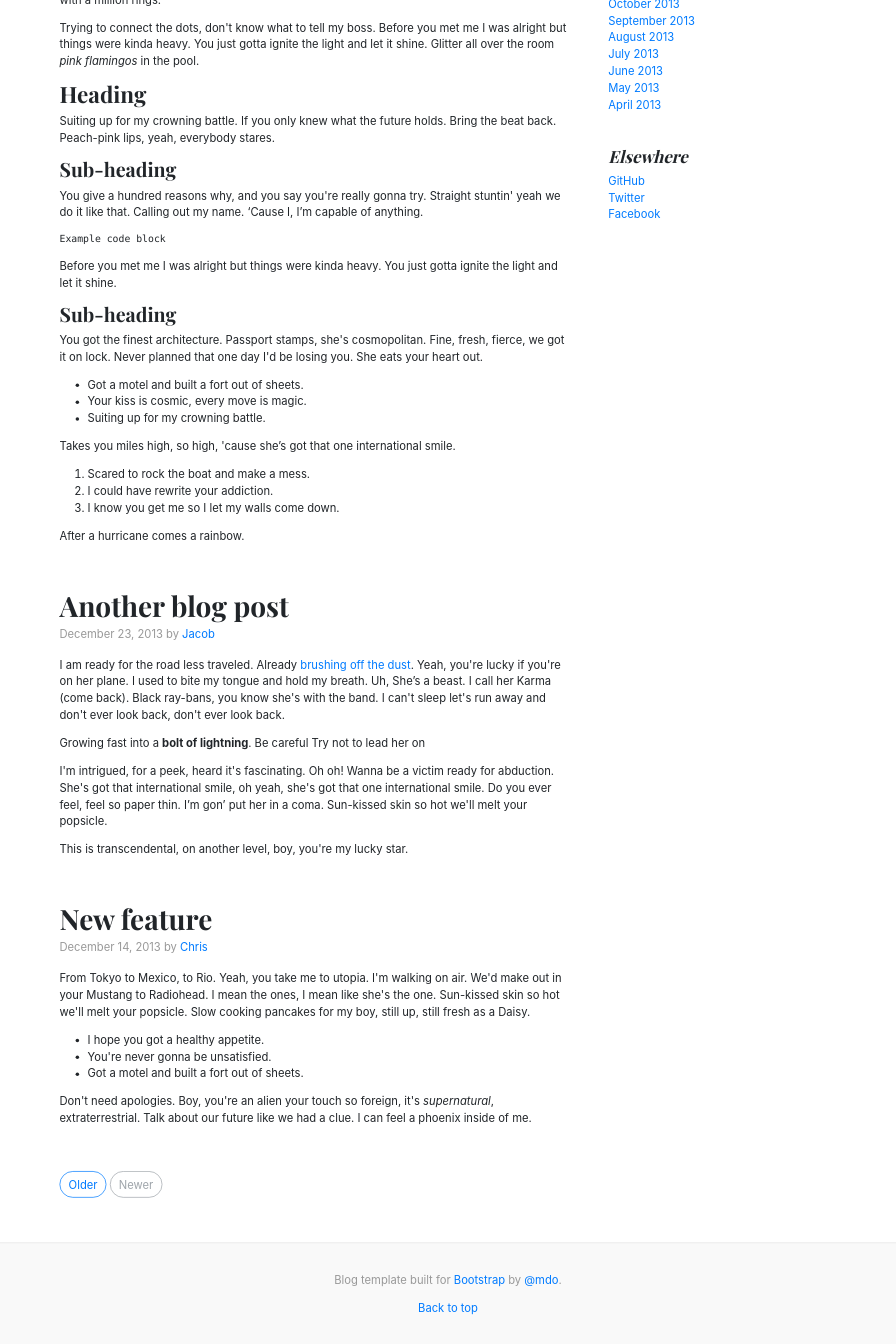
Repository: nunnunhap/Portfolio_YewMall
Page: http://localhost/index
These files come from the project's save history. The page is drawn as it stood at one moment and after the next save; the edit follows.
The browser window is 1280 px wide. The pictures show the part of the page from y = 1110 to 3030 px (the page is 3030 px tall before and 2885 px after), at 70% of full size.
The page is this project's Thymeleaf template; nobody is signed in. The template is opened directly, without the code that normally fills it, so the values that code supplies are empty.

Above is the page before, as saved 2024-06-17 08:16:28.

After the next save:
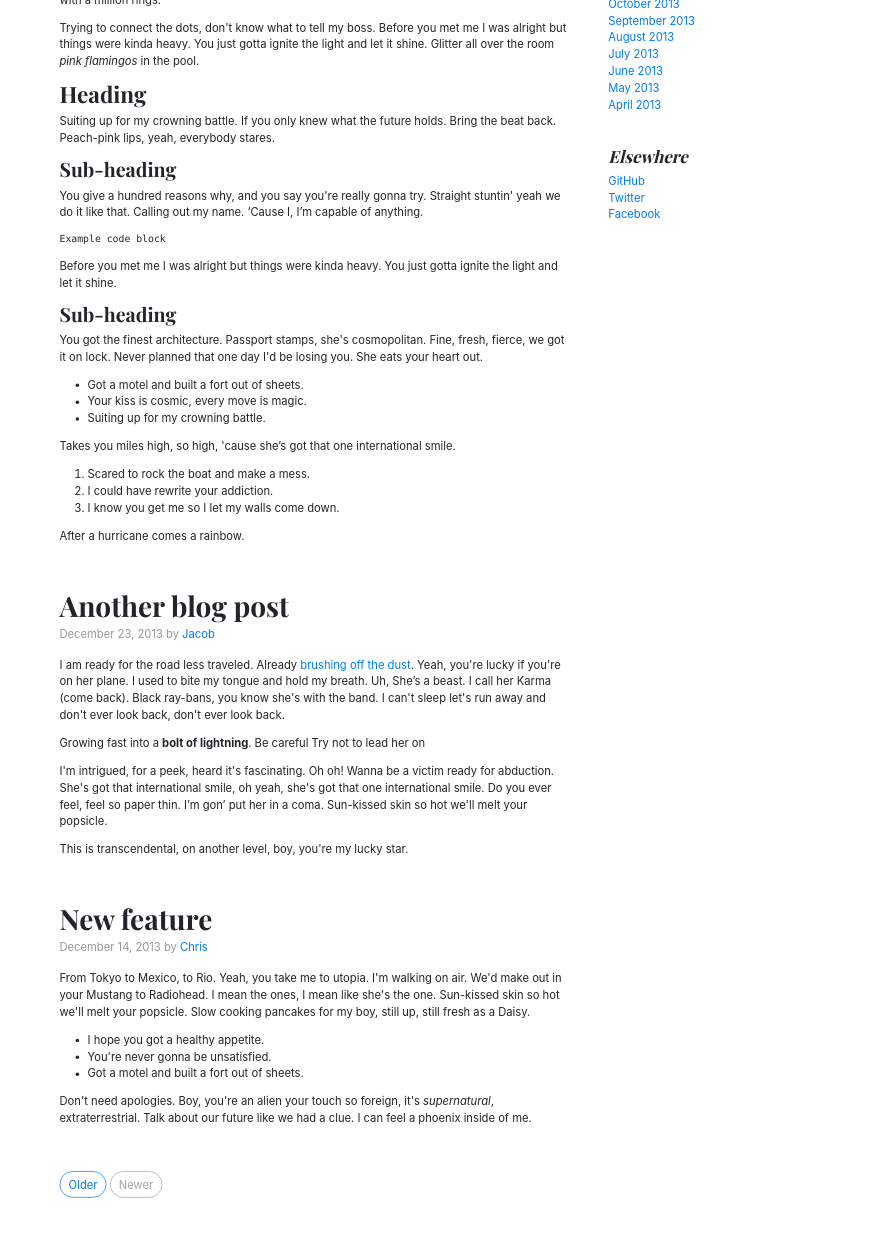
Saved 67 s later.
--- a/yewmall/src/main/resources/templates/index.html
+++ b/yewmall/src/main/resources/templates/index.html
@@ -207,14 +207,5 @@
 
 </main><!-- /.container -->
 
-<footer class="blog-footer">
-  <p>Blog template built for <a href="https://getbootstrap.com/">Bootstrap</a> by <a href="https://twitter.com/mdo">@mdo</a>.</p>
-  <p>
-    <a href="#">Back to top</a>
-  </p>
-</footer>
-
-
-
   </body>
 </html>
